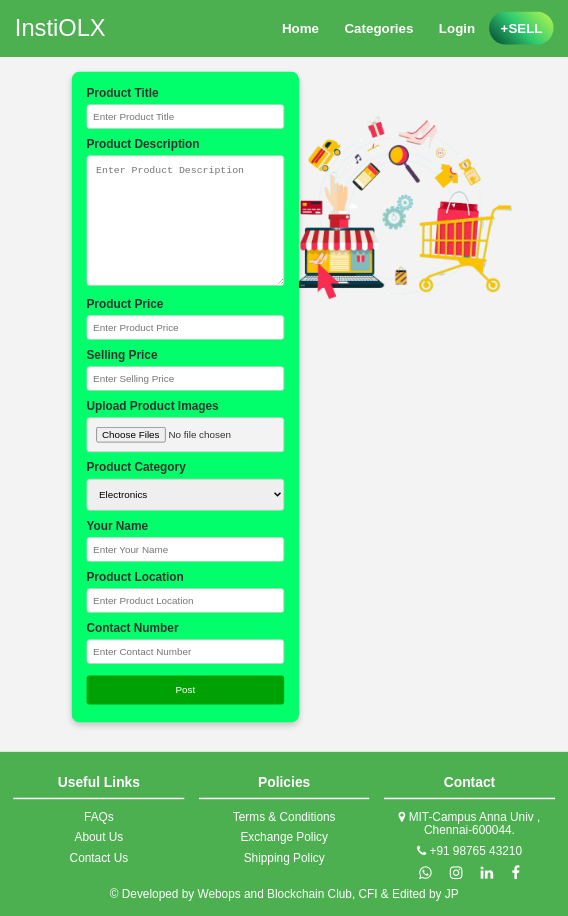
Repository: John-Prabu-A/web-dev-summer-school
Page: Session_1_Assignment/sell.html
The author's editor kept a copy of each file at every save. The page is drawn from the files as they stood at one save, then again after the next save.
The browser window is 768 px wide. The pictures show the whole page, at 74% of full size.

Above is the page before, as saved 2024-06-20 15:55:32.

### Session_1_Assignment/sell.html
<!DOCTYPE html>
<html lang="en">

<head>
    <meta charset="UTF-8">
    <meta name="viewport" content="width=device-width, initial-scale=1.0">
    <title>InstiOLX</title>
    <link rel="stylesheet" href="Styles.css">
    <link rel="stylesheet" href="https://cdnjs.cloudflare.com/ajax/libs/font-awesome/4.7.0/css/font-awesome.min.css">

    <style>
        body {
            font-family: Arial, Helvetica, sans-serif;
            background-color: #f3f3f3;
        }

        img {
            display:inline-block;
            position: fixed;
            right: 0;
            top: 15%;
            padding: 16px;
            width: 60%;
            height: auto;
            z-index: -1;
            box-sizing: border-box;
        }

        .container {
            display:block;
            padding: 16px;
            left: 10%;
            margin: 20px;
            background-color: #00ff6a;
            padding: 20px;
            width: 40%;
            border-radius: 10px;
            box-shadow: 0 4px 8px 0 rgba(0, 0, 0, 0.2);
        }

        input[type=text],
        select,
        textarea {
            width: 100%;
            padding: 8px;
            border: 1px solid #ccc;
            border-radius: 4px;
            box-sizing: border-box;
            margin-top: 6px;
            margin-bottom: 12px;
            resize: vertical;
        }

        button {
            background-color: #00a105;
            color: white;
            padding: 12px 20px;
            margin: 4px 0;
            border: none;
            border-radius: 4px;
            cursor: pointer;
            width: 100%;
        }

        button:hover {
            background-color: #007506;
        }

        .container label {
            font-weight: bold;
        }

        .container select {
            width: 100%;
            padding: 12px;
            border: 1px solid #ccc;
            border-radius: 4px;
            box-sizing: border-box;
            margin-top: 6px;
            margin-bottom: 12px;
            resize: vertical;
        }

        .container textarea {
            width: 100%;
            padding: 12px;
            border: 1px solid #ccc;
            border-radius: 4px;
            box-sizing: border-box;
            margin-top: 6px;
            margin-bottom: 12px;
            resize: vertical;
        }

        .container input[type=file] {
            width: 100%;
            padding: 12px;
            border: 1px solid #ccc;
            background-color: #f3f3f3;
            border-radius: 4px;
            box-sizing: border-box;
            margin-top: 6px;
            margin-bottom: 12px;
            resize: vertical;
        }
    </style>
</head>

<body>
    <header>
        <div id="logo">InstiOLX</div>
        <div class="navbar">
          <a href="#">Home</a>
          <a href="#">Categories</a>
          <a href="#">Login</a>
          <a href="/Session_1_Assignment/sell.html" style="background:linear-gradient(45deg, #03442e, #2ECC71 , #BDF74B );text-align:center;border-radius:40px;">+SELL</a>
        </div>
    </header>

    <img src="/Session_1_Assignment/sell-page-bg.png" alt="sell-page-image">
    <form action="" class="container" method="post">
        <label for="product-title"><b>Product Title</b></label>
        <input type="text" placeholder="Enter Product Title" name="product-title" required>

        <Lable for="product-description"><b>Product Description</b></Lable>
        <textarea name="product-description" id="product-description" cols="30" rows="10"
            placeholder="Enter Product Description" required></textarea>

        <label for="product-price"><b>Product Price</b></label>
        <input type="text" placeholder="Enter Product Price" name="product-price" required>

        <label for="selling-price"><b>Selling Price</b></label>
        <input type="text" placeholder="Enter Selling Price" name="selling-price" required>

        <!-- multiple photo upload -->
        <label for="product-image"><b>Upload Product Images</b></label>
        <input type="file" name="product-image" id="product-image" multiple required>

        <label for="product-category"><b>Product Category</b></label>
        <select name="product-category" id="product-category" required>
            <option value="electronics">Electronics</option>
            <option value="furniture">Furniture</option>
            <option value="vehicles">Vehicles</option>
            <option value="clothing">Clothing</option>
            <option value="books">Books</option>
            <option value="miscellaneous">Miscellaneous</option>
            <option value="other">Other</option>
        </select>

        <label for="seller-name"><b>Your Name</b></label>
        <input type="text" placeholder="Enter Your Name" name="seller-name" required>

        <label for="product-location"><b>Product Location</b></label>
        <input type="text" placeholder="Enter Product Location" name="product-location" required>

        <label for="product-contact"><b>Contact Number</b></label>
        <input type="text" placeholder="Enter Contact Number" name="product-contact" required>

        <button type="submit">Post</button>
    </form>
    <footer class="footer">
        <div class="footer-container">
            <div class="footer-column">
                <h3>Useful Links</h3>
                <ul>
                    <li><a href="#">FAQs</a></li>
                    <li><a href="#">About Us</a></li>
                    <li><a href="#">Contact Us</a></li>
                </ul>
            </div>
            <div class="footer-column">
                <h3>Policies</h3>
                <ul>
                    <li><a href="#">Terms & Conditions</a></li>
                    <li><a href="#">Exchange Policy</a></li>
                    <li><a href="#">Shipping Policy</a></li>
                </ul>
            </div>
            <div class="footer-column">
                <h3>Contact</h3>
                <p><i class="fa fa-map-marker"></i> MIT-Campus Anna Univ , Chennai-600044.</p>
                <p><i class="fa fa-phone"></i> +91 98765 43210</p>
                <div class="social-icons">
                    <a href="#" class="fa fa-whatsapp"></a>
                    <a href="#" class="fa fa-instagram"></a>
                    <a href="#" class="fa fa-linkedin"></a>
                    <a href="#" class="fa fa-facebook"></a>
                </div>
            </div>
            © Developed by Webops and Blockchain Club, CFI & Edited by JP
        </div>
    </footer>
</body>

</html>

### Session_1_Assignment/Styles.css
* {
    box-sizing: border-box;
    margin: 0;
    padding: 0;
}

body {
    font-family: 'Gill Sans', 'Gill Sans MT', Calibri, 'Trebuchet MS', sans-serif;
    background-color: white;
    color: #333;
}

header{
    background-color: #4CAF50;
    color: white;
    padding: 20px;
    display: flex;
    justify-content: space-between;
    align-items: center;
    position: sticky;
    width: 100%;
    z-index: 100;
  }
  header #logo {
    font-size: 2em;
  }

  header .navbar a{
    color: white;
    font-weight: bold;
    font-size: 18px;
    padding: 12px 15px;
    text-decoration: none;
  }
  header .navbar a:hover{
    background-color: #45a049;
  }
.banner {
    position: relative;
    padding: 60px 0 0 0;
}

.banner img {
    width: 100%;
}

.search-bar {
    margin: 20px;
    display: flex;
    justify-content: center;
}

.search-bar input[type="text"] {
    width: 300px;
    padding: 10px;
    border: 2px solid #4CAF50;
    border-radius: 5px 0 0 5px;
    border-right: 0;
    outline: none;             /*On starting to type it creates balck border by default,so to avoid it v use this*/
}

.search-bar button {
    padding: 10px 20px;
    border: 2px solid #4CAF50;
    border-left: 0;
    background-color: #4CAF50;
    color: white;
    cursor: pointer;
    border-radius: 0 5px 5px 0;
}

.search-bar button:hover {
    background-color: #45a049;
}

.slideshow-container {
    display: flex;
    justify-content: center;
    gap: 50px;
    flex-wrap: wrap;
}

.slideshow {
    position: relative;
    width: 350px;
    height: 350px;
    overflow: hidden;
    border-radius: 20px;
    border: 2px solid #ddd;
    box-shadow: 0 0 10px rgba(0, 0, 0, 0.1);
}

.slideshow-image {
    position: absolute;
    width: 100%;
    height: 100%;
    background-size: cover;
    opacity: 0;
    animation-iteration-count: infinite;
}

.image1 { background-image: url('https://encrypted-tbn0.gstatic.com/images?q=tbn:ANd9GcQVwGVsuaL7RGKo6A_Sqq83s5_6XYFMhHsjug&s');
          animation-name: fade1;
          animation-duration: 4s; }
.image2 { background-image: url('https://5.imimg.com/data5/WS/NI/FV/SELLER-11710265/mad-maxx-bicycles-avengers-single-kids-cycle-500x500.jpg');
          animation-name: fade2;
          animation-duration: 4s; }
.image3 { background-image: url('https://5.imimg.com/data5/SELLER/Default/2022/7/YX/MH/UK/153492086/pulsar-150cc-twin-disk-500x500.png');
          animation-name: fade3;
          animation-duration: 4s; }
.image4 { background-image: url('https://cpimg.tistatic.com/07673503/b/4/Toyota-Innova-Crysta.jpg');
          animation-name: fade1;
          animation-duration: 4s; }
.image5 { background-image: url('https://tiimg.tistatic.com/fp/1/007/862/most-advanced-modern-premium-lg-7-kg-front-fully-automatic-washing-machine-255.jpg');
          animation-name: fade2;
          animation-duration: 4s; }
.image6 { background-image: url('https://5.imimg.com/data5/SELLER/Default/2022/3/MI/KE/UL/19250422/whirlpool-1-0-ton-3-star-inverter-split-ac-500x500.jpg');
          animation-name: fade3;
          animation-duration: 4s; }
.image7 { background-image: url('https://5.imimg.com/data5/SELLER/Default/2021/8/HZ/XR/AC/8962391/household-vacuum-cleaner-500x500.jpg');
          animation-name: fade1;
          animation-duration: 4s; }
.image8 { background-image: url('https://static.nbastore.in/resized/500X500/50/nba-authentic-series-indoor-outdoor-basketball-size-7-brown-65146fd7e6af2.jpg');
          animation-name: fade2;
          animation-duration: 4s; }
.image9 { background-image: url('https://m.media-amazon.com/images/I/61KOc8c4xQL._SL1200_.jpg');
          animation-name: fade3;
          animation-duration: 4s; }

@keyframes fade1 {
    0%, 33.33% { opacity: 1; }
    33.34%, 100% { opacity: 0; }
}
@keyframes fade2 {
    0%, 33.33% { opacity: 0; }
    33.34%, 66.66% { opacity: 1; }
    66.67%, 100% { opacity: 0; }
}
@keyframes fade3 {
    0%, 66.66% { opacity: 0; }
    66.67%, 100% { opacity: 1; }
}

.container {
    position: relative;
    max-width: 100%;
  }

    .image {
        opacity: 1;
        display: block;
        width: 100%;
        height: auto;
    }

  .middle {
    opacity: 0;
    position: absolute;
    top: 50%;
    left: 50%;
    transform: translate(-50%, -50%);
    text-align: center;
  }
  .text {
    color: #4CAF50;
    font-size: 16px;
    padding: 16px 32px;
    font-weight: bold;
  }
  .container:hover .image {
    opacity: 0.3;
  }

  .container:hover .middle {
    opacity: 1;
  }


.product-listings {
    display: flex;
    flex-wrap: wrap;
    justify-content: center;
    margin: 20px;
    border: 5px solid #4CAF50;
    border-radius: 15px;
    padding: 25px;
}

.product {
    background-color: white;
    border: 2px solid #e0e0e0;
    border-radius: 10px;
    margin: 30px;
    padding: 15px;
    width: 220px;
    text-align: center;
    transition: transform 0.5s, box-shadow 0.3s;
}

.product:hover {
    box-shadow: 0 4px 8px rgba(0, 0, 0, 0.2);
    transform: scale(1.05);
}

.product img {
    max-width: 100%;
    border-bottom: 1px solid #e0e0e0;
    margin-bottom: 10px;
}

.product-info h2 {
    font-size: 1.2em;
    margin-bottom: 10px;
    color: #4CAF50;
}

.product-info p {
    font-size: 1em;
    color: #777;
}

.footer {
    background-color: #4CAF50;
    color: white;
    text-align: center;
    padding: 20px 0;
    margin-top: 40px;
}

.footer-container {
    display: flex;
    flex-wrap: wrap;
    justify-content: center;
}

.footer-column {
    width: 30%;
    margin: 10px;
}

.footer-column h3 {
    border-bottom: 2px solid #fff;
    padding-bottom: 10px;
    margin-bottom: 15px;
}

.footer-column ul {
    list-style-type: none;
}

.footer-column ul li {
    margin: 10px ;
}

.footer-column ul li a {
    color: white;
    text-decoration: none;
}

.footer-column p {
    margin-top: 10px;
}

.footer-column .social-icons {
    margin-top: 10px;
}

.footer-column .social-icons a {
    color: white;
    text-decoration: none;
    margin: 0 10px;
    font-size: 20px;
}

After the next save:
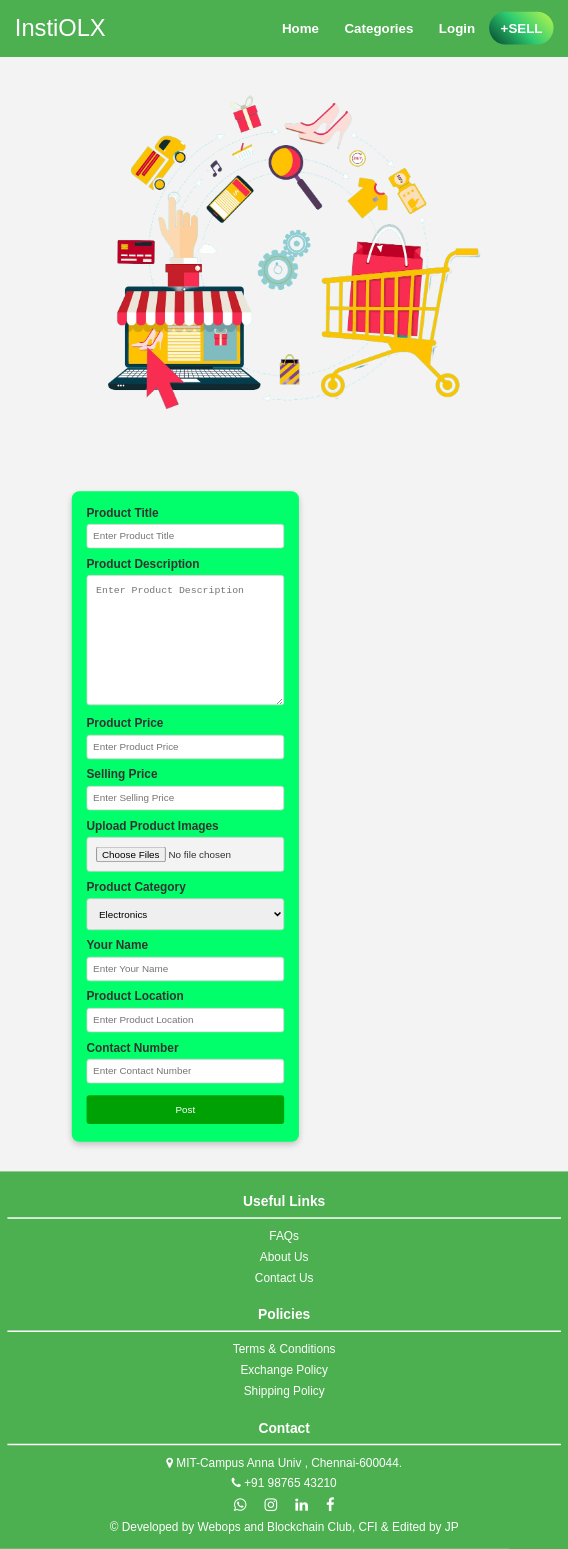
Saved 6 s later.
--- a/Session_1_Assignment/sell.html
+++ b/Session_1_Assignment/sell.html
@@ -103,6 +103,33 @@
             margin-bottom: 12px;
             resize: vertical;
         }
+
+        @media screen and (max-width: 768px) {
+    .product-listings {
+        margin: 10px;
+    }
+
+    .product {
+        margin: 10px;
+    }
+
+    img {
+        width: 100%;
+        display:block;
+        position: relative;
+    }
+
+    .contaioner {
+        width: 80dvh;
+        display:block;
+        position: relative;
+    }
+
+
+    .footer-column {
+        width: 100%;
+    }
+}
     </style>
 </head>
 
